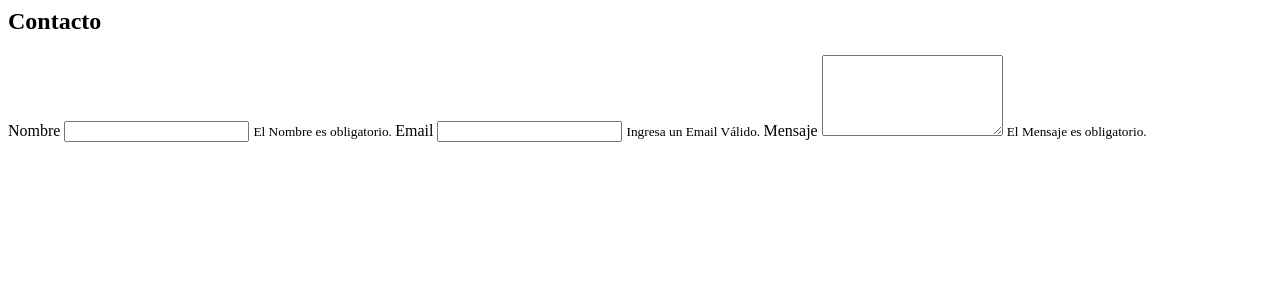
Repository: MatiNicolasur/Academia-de-matematicas
Page: frontend/src/app/pages/contacto/contacto.html
These files come from the project's save history. The page is drawn as it stood at one moment and after a run of saves; the edit follows.
The browser window is 1280 px wide. The pictures show the whole page.

Above is the page before, as saved 2025-11-13 01:16:46.

After the next 2 saves:
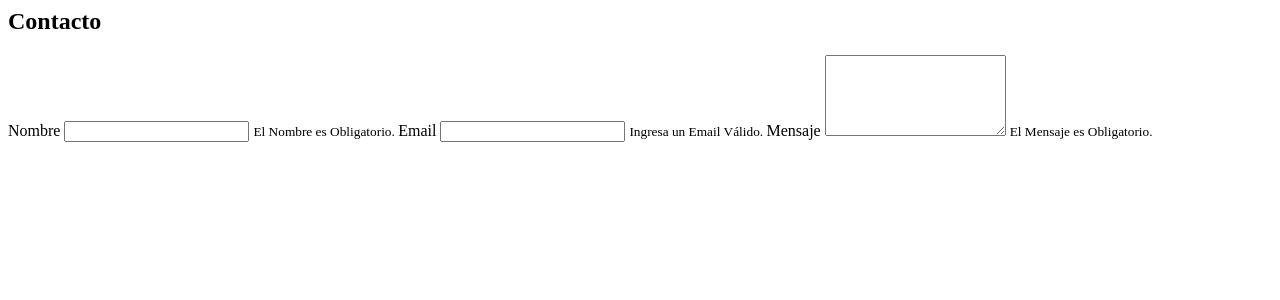
The 2 saves are shown as one change because they came seconds apart.
The last was saved 6 s later.
--- a/frontend/src/app/pages/contacto/contacto.html
+++ b/frontend/src/app/pages/contacto/contacto.html
@@ -6,7 +6,7 @@
     <label>Nombre</label>
     <input type="text" formControlName="nombre">
     <small *ngif="enviado && contactoForm.controls['nombre'].invalid">
-        El Nombre es obligatorio.
+        El Nombre es Obligatorio.
     </small>
 
     <!-- Email -->
@@ -20,6 +20,6 @@
     <label>Mensaje</label>
     <textarea rows="5" formControlName="mensaje"></textarea>
     <small *ngif="enviado && contactoForm.controls['mensaje'].invalid">
-        El Mensaje es obligatorio.
+        El Mensaje es Obligatorio.
     </small>
 </form>
